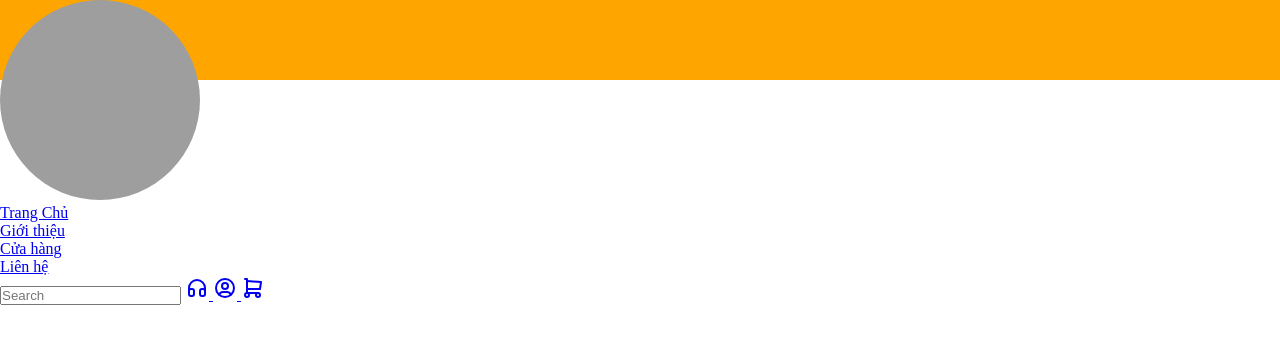
Repository: manhhieu120499/test-page
Page: index.html
These files come from the project's save history. The page is drawn as it stood at one moment and after a run of saves; the edit follows.
The browser window is 1280 px wide. The pictures show the whole page.
Pictures or frames that could not be fetched are drawn as grey boxes.

Above is the page before, as saved 2023-01-11 22:43:35.

### index.html
<!DOCTYPE html>
<html lang="en">

<head>
    <meta charset="UTF-8">
    <meta http-equiv="X-UA-Compatible" content="IE=edge">
    <meta name="viewport" content="width=device-width, initial-scale=1.0">
    <title>Document</title>
    <link rel="stylesheet" href="./style.css">
</head>

<body>
    <div id="header">
        <a href="#" class="logo">
            <img src="https://t3.ftcdn.net/jpg/03/02/36/70/360_F_302367092_vmqO9rSPmluZJFuOFFNzjGwimbChoIAZ.jpg" alt="logo-shop">
        </a>
        <nav class="sub-menu">
            <ul>
                <li><a href="#">Trang Chủ</a></li>
                <li><a href="#">Giới thiệu</a></li>
                <li><a href="#">Cửa hàng</a< /li>
                <li><a href="#">Liên hệ</a></li>
            </ul>
        </nav>
        <div class="right-sidebar">
            <input type="text" placeholder="Search" />
            <a href="#" class="telesale">
                <svg xmlns="http://www.w3.org/2000/svg" class="icon icon-tabler icon-tabler-headphones" width="24"
                    height="24" viewBox="0 0 24 24" stroke-width="2" stroke="currentColor" fill="none"
                    stroke-linecap="round" stroke-linejoin="round">
                    <path stroke="none" d="M0 0h24v24H0z" fill="none"></path>
                    <rect x="4" y="13" rx="2" width="5" height="7"></rect>
                    <rect x="15" y="13" rx="2" width="5" height="7"></rect>
                    <path d="M4 15v-3a8 8 0 0 1 16 0v3"></path>
                </svg>
            </a>
            <a href="#" class="person">
                <svg xmlns="http://www.w3.org/2000/svg" class="icon icon-tabler icon-tabler-user-circle" width="24" height="24" viewBox="0 0 24 24" stroke-width="2" stroke="currentColor" fill="none" stroke-linecap="round" stroke-linejoin="round">
                    <path stroke="none" d="M0 0h24v24H0z" fill="none"></path>
                    <circle cx="12" cy="12" r="9"></circle>
                    <circle cx="12" cy="10" r="3"></circle>
                    <path d="M6.168 18.849a4 4 0 0 1 3.832 -2.849h4a4 4 0 0 1 3.834 2.855"></path>
                 </svg>
            </a>
            <a href="#" class="shopping-cart">
                <svg xmlns="http://www.w3.org/2000/svg" class="icon icon-tabler icon-tabler-shopping-cart" width="24" height="24" viewBox="0 0 24 24" stroke-width="2" stroke="currentColor" fill="none" stroke-linecap="round" stroke-linejoin="round">
                    <path stroke="none" d="M0 0h24v24H0z" fill="none"></path>
                    <circle cx="6" cy="19" r="2"></circle>
                    <circle cx="17" cy="19" r="2"></circle>
                    <path d="M17 17h-11v-14h-2"></path>
                    <path d="M6 5l14 1l-1 7h-13"></path>
                 </svg>
            </a>
        </div>
    </div>

    <div id="footer">

    </div>
</body>

</html>

### style.css
* {
    margin: 0;
    padding: 0;
    box-sizing: border-box;
}

#header {
    width: 100vw;
    height: 80px;
    background-color: orange;
}
img {
    width: 200px;
    height: 200px;
    border-radius: 50%;
}

After the next 2 saves:
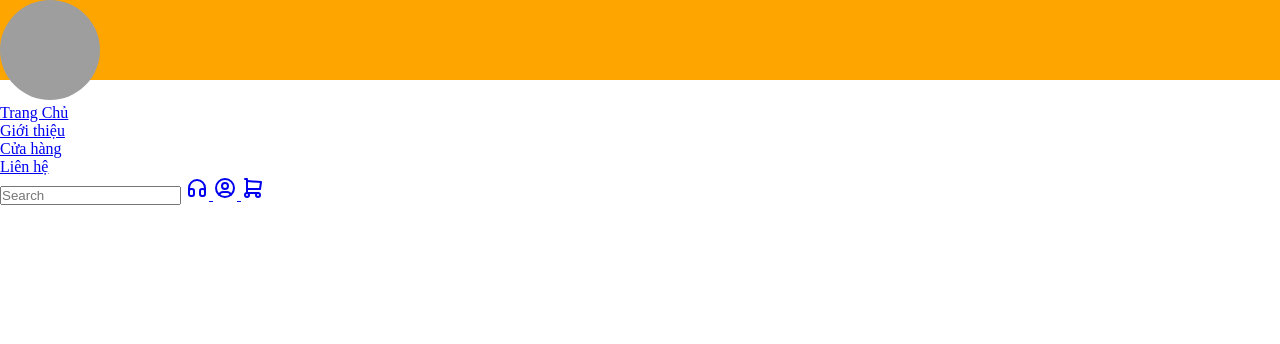
The 2 saves are shown as one change because they came seconds apart.
The last was saved 17 s later.
--- a/style.css
+++ b/style.css
@@ -10,7 +10,7 @@
     background-color: orange;
 }
 img {
-    width: 200px;
-    height: 200px;
+    width: 100px;
+    height: 100px;
     border-radius: 50%;
 }
